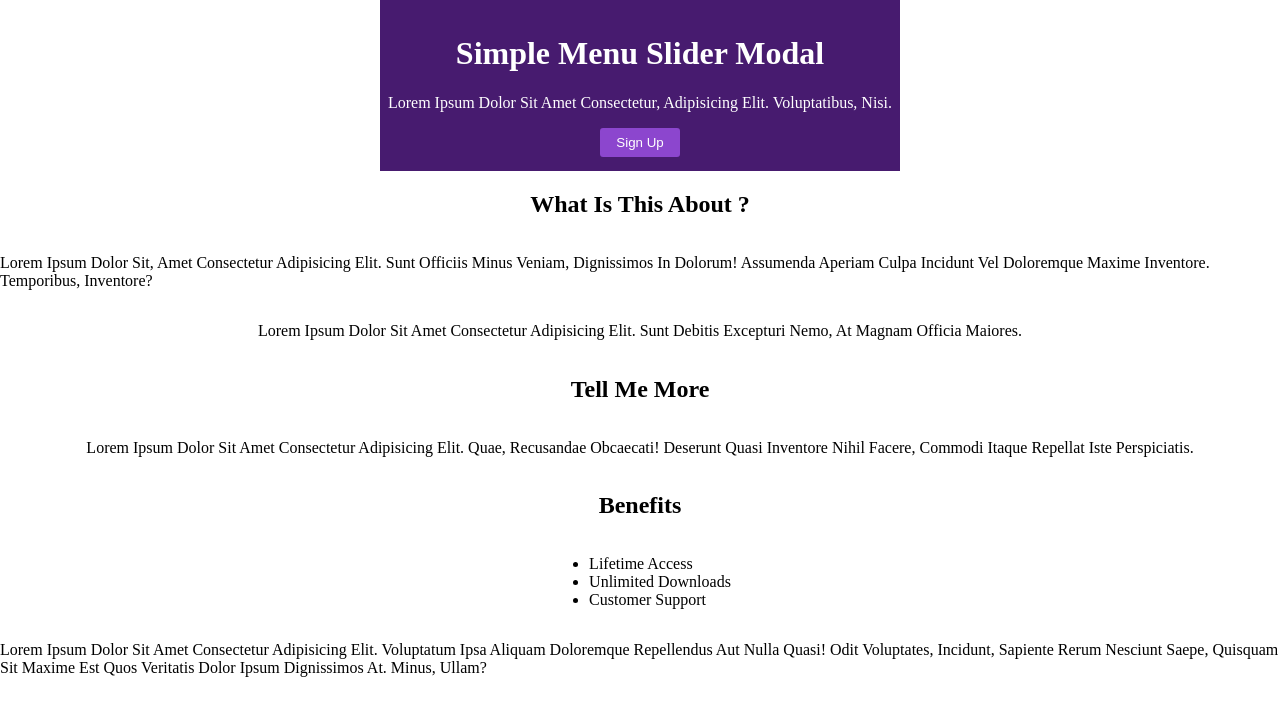
Repository: lilo750/Menu-Slider-modal
Page: index.html
An editor plug-in stored every save of this project. The page is shown before and after a run of saves, followed by the edit.
The browser window is 1280 px wide. The pictures show the whole page.

Above is the page before, as saved 2024-01-14 14:17:20.

After the next 7 saves:
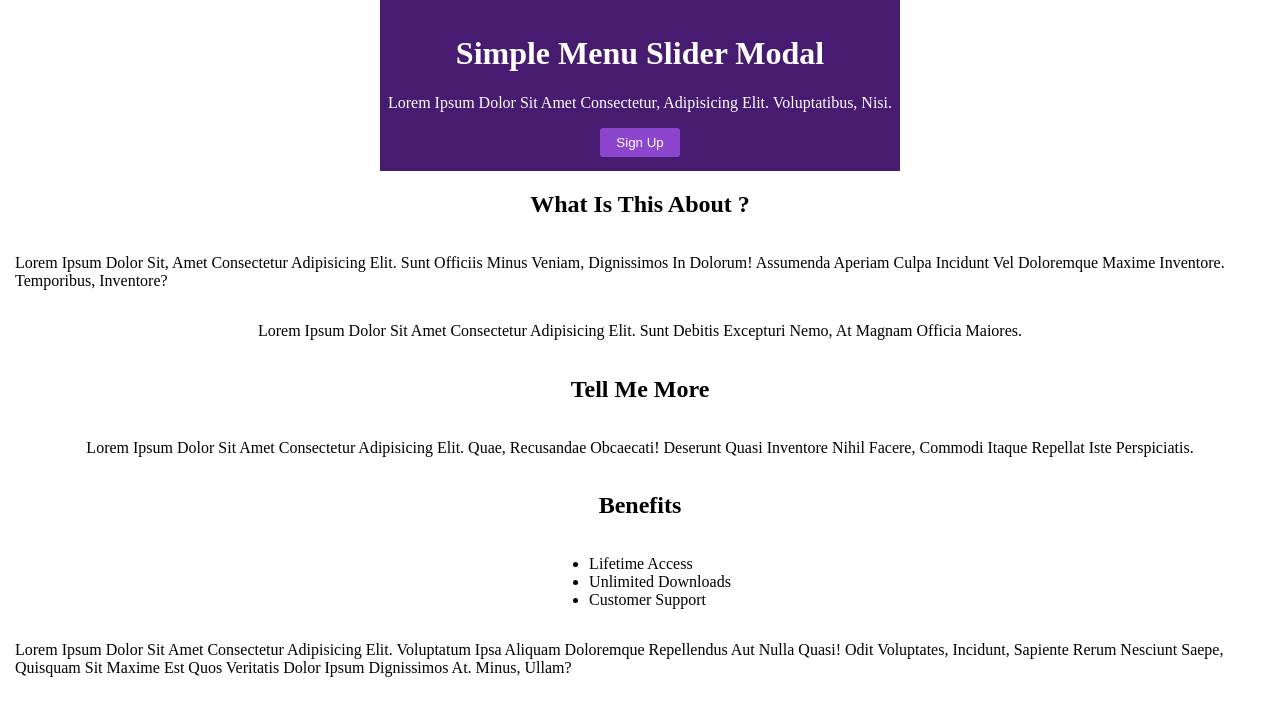
The 7 saves are shown as one change because they came seconds apart.
The last was saved 34 s later.
--- a/assets/style.css
+++ b/assets/style.css
@@ -11,9 +11,8 @@ body {
     justify-content: center;
     align-items: center;
     min-width: 400px;
-    /* padding-inline: 15px; */
-    margin-left: auto;
-    margin-right: auto;
+    padding-inline: 15px;
+
     & header {
         background-color: rgb(71, 27, 111);
         color: #fff;
